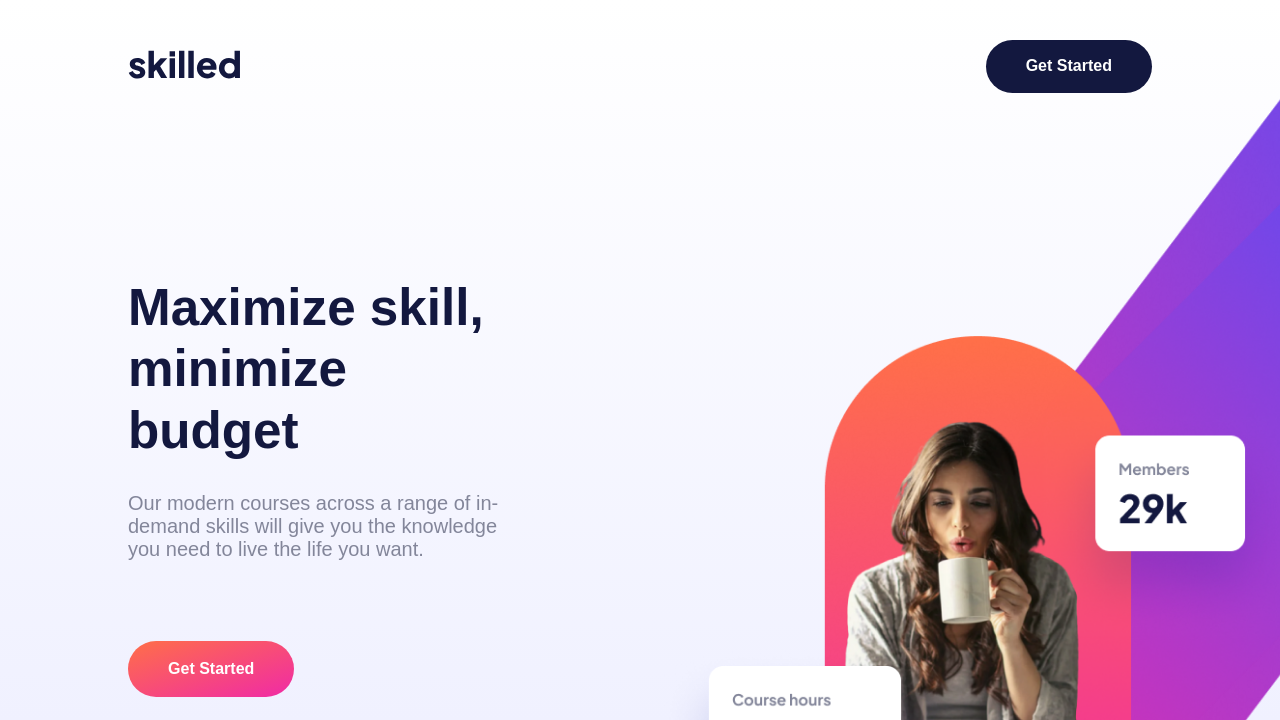
Repository: exe-walt/E-Learning-Landing-Page
Page: index.html
These files come from the project's save history. The page is drawn as it stood at one moment and after the next save; the edit follows.
The browser window is 1280 px wide. The pictures show the whole page.
An inner scrolling area shows only its first screen. Some web fonts or font styles are not loaded; a fallback is used.

Above is the page before, as saved 2025-05-30 22:07:53.

### index.html
<!DOCTYPE html> <!-- Document type declaration for HTML5 -->
<html lang="en">
<head>
  <meta charset="UTF-8"> <!-- Character encoding set to UTF-8 -->
  <meta name="viewport" content="width=device-width, initial-scale=1.0"> <!-- Responsive design meta tag -->
  <title>Skilled E-Learning Page</title> <!-- Page title -->
  <link rel="stylesheet" href="css/style.css"> <!-- Link to external CSS file -->
  <link href="https://fonts.cdnfonts.com/css/plus-jakarta-sans" rel="stylesheet"> <!-- Import custom font -->
</head>
<body>
  <div class="content-container"> <!-- Main content container -->

    <!-- NAVBAR SECTION -->
    <div class="navbar">
      <ul>
        <li id="logo">
          <img src="img/skilled-logo.svg" alt="logo">
        </li>
        <li class="navbar-btn">
          <button>Get Started</button> <!-- Call-to-action button -->
        </li>
      </ul>
    </div>

    <!-- HERO SECTION -->
    <div class="hero-section">
      <div class="intro-text">

        <div class="head">
          <h1>Maximize skill,</h1>
          <h1>minimize budget</h1>
        </div>


        <p class="main-text">
          Our modern courses across a range of in-demand skills will give
          you the knowledge you need to live the life you want.
        </p>

        <button class="grad-btn1">Get Started</button>

      </div>
      <div class="main-image">
        <img src="img/hero-img.png" alt="Lady sipping coffee" class="img1">
        <img src="img/Rectangle.png" alt="rectangle" class="overlay-rectangle">
      </div>

    </div>

          <!--Popular Courses Cards-->
    <div class="cc"> <!--Courses-Container top-->
      <div class="card main-left">
        <h2>Check out our <br>most popular <br>courses! </h2>
      </div>

      <div class="card">
        <div class="icon">
          <img src="img/animation.svg" alt="Animation Icon">
        </div>
        <h3>Animation</h3>
          <p>Learn the latest animation techniques to create stunning motion design and captivate your audience.</p>
            <a href="#">Get Started</a>
      </div>
      <div class="card">
        <div class="icon">
          <img src="img/design.svg" alt="Design Icon">
        </div>
        <h3>Design</h3>
          <p>Create beautiful, usable interfaces to help shape the future of how the web looks.</p>
            <a href="#">Get Started</a>
      </div>
      <div class="card">
        <div class="icon">
          <img src="img/photography.svg" alt="Photography Icon">
        </div>
        <h3>Photography</h3>
          <p>Explore critical fundamentals like lighting, composition, and focus to capture exceptional photos.</p>
            <a href="#">Get Started</a>
      </div>
      <div class="card">
        <div class="icon">
          <img src="img/crypto.svg" alt="Crypto Icon">
        </div>
        <h3>Crypto</h3>
          <p>All you need to know to get started investing in crypto. Go from beginner to advanced with this 54 hour course.</p>
            <a href="#">Get Started</a>
      </div>
      <div class="card">
        <div class="icon">
          <img src="img/business.svg" alt="Business Icon">
        </div>
        <h3>Business</h3>
          <p>A step-by-step playbook to help you start, scale, and sustain your business without outside investment.</p>
            <a href="#">Get Started</a>
      </div>
    </div>
  </div>

  <!-- FOOTER SECTION -->
  <div class="footer">
    <div class="footer-info">
      <ul>
        <li id="logo">
          <img src="img/skilled-1.svg" alt="logo">
        </li>
        <li class="footer-btn">
          <button>Get Started</button> <!-- Call-to-action button -->
        </li>
      </ul>
    </div>

  </div>

</body>
</html>

### css/style.css
* {
  box-sizing: border-box;
  margin: 0;
  padding: 0;
  font-family: "Plus Jakarta Sans", sans-serif;
}

body {
  margin: 0;
  background: linear-gradient(to bottom, #ffffff, #f0f1ff);
  min-height: 100vh;
}

html,
body {
  height: 100%;
  width: 100%;
  overflow-x: hidden;
}

.content-container {
  max-width: 75em;
  width: 80%;
  height: auto;
  margin: 0 auto;
}

.navbar {
  display: flex;
  justify-content: space-between;
  align-items: center;
  margin-top: 2.5em;
  z-index: 10;
}

.navbar ul {
  display: flex;
  align-items: center;
  justify-content: space-between;
  width: 100%;
  list-style: none;
  z-index: 10;
}

#logo img {
  max-width: 100%;
  height: auto;
}

.navbar-btn button {
  background: #13183f;
  color: white;
  width: 10.4em;
  height: 3.3em;
  border-radius: 1.8em;
  border: none;
  padding: 0.6rem 1.5rem;
  font-weight: 600;
  font-size: 1em;
  z-index: 10;
}

.navbar-btn button:hover{
  cursor: pointer;
  background: #666ca3;
}

.hero-section {
  display: flex;
}

.hero-text h1 {
  font-size: clamp(1.5rem, 5vw, 2.5rem); /* Scales between 1.5rem and 2.5rem */
}

.main-image {
  position: relative;
}

.img1 {
  width: 105%;
  transform: translate(23%, 82px);
  position: relative;
  z-index: 2;
}

.overlay-rectangle {
  width: 120%;
  /*height: 117%;*/
  height: 135%;
  position: absolute;
  top: -21.6%;
  right: -73%;
  z-index: 1;

}

.intro-text {
  margin-top: 11.5em;
}

.intro-text .head{
  font-size: 1.6rem;
  line-height: 1.2;
  color: #13183f;
  font-weight: bolder;
}


.main-text {
  font-weight: 400; /* Medium */
  font-size: 1.25rem;
  color: #83869a;
  margin: 1.9rem 0 2.5rem;
  max-width: 400px;
}

.grad-btn1 {
  width: 10.4em;
  height: 3.5em;
  border: none;
  border-radius: 1.8em;
  color: white;
  font-weight: 700;
  font-size: 1em;
  padding: 0.6rem 1.5rem;
  margin-top: 2.5em;
  background: linear-gradient(to bottom right, #ff6f48, #f02aa6);
}

.grad-btn1:hover {
  cursor: pointer;
  background: linear-gradient(
      rgba(255, 255, 255, 0.5),
      rgba(255, 255, 255, 0.5)
    ),
    linear-gradient(to bottom right, #ff6f48, #f02aa6);
}


.cc {
  display: grid;
  gap: 50px 25px;
  grid-template-columns: repeat(3, 1fr);
  margin-top: 12em;
}

.card, .main-left {
  min-height: 300px;
}

.main-left {
  background: linear-gradient(to bottom right, #ff6f48, #f02aa6);
  color: white;
}

.main-left h2 {
  font-size: 2em;
  font-weight: bolder;
  color: white;
  justify-content: center;
}

.card {
  border-radius: 12px;
  background-color: white;
  box-shadow: 0 4px 10px rgba(0, 0, 0, 0.05);
  padding: 2em;
  display: flex;
  flex-direction: column;
  justify-content: space-between;
  gap: 1em;
}

.icon {
  width: 56px;
  height: 56px;
  margin-bottom: 1.5rem;
  margin-top: -4em;
}

.card h3 {
  font-size: 1.25rem;
  font-weight: 600;
  color: #13183f;
}

.card p {
  color: #83869a;
  font-size: 1rem;
  flex-grow: 1;
  font-weight: 500;;
}

.card a {
  color: #f74780;
  font-weight: bold;
  text-decoration: none;
}

.card a:hover {
  transition: 0.3s ease;
  color: #fa8fb1;
}

.footer {
  background-color: #13183f;
  margin-top: 5.5em;
  width: 100%;

}

.footer ul {
  display: flex;
  flex-wrap: wrap;
  align-items: center;
  justify-content: space-between;
  list-style-type: none;
  max-width: 75em;
  width: 80%;
  height: 7.5em;
  margin: 0 auto;
}

.footer-btn button {
  width: 10.4em;
  height: 3em;
  border: none;
  border-radius: 1.8em;
  color: white;
  font-weight: 700;
  font-size: 1em;
  padding: 0.6rem 1.5rem;
  background: linear-gradient(to bottom right, #4851ff, #f02aa6);
}

.footer-btn button:hover {
  cursor: pointer;
  background: linear-gradient(
      rgba(255, 255, 255, 0.5),
      rgba(255, 255, 255, 0.5)
    ),
    linear-gradient(to bottom right, #4851ff, #f02aa6);
}

.footer-info{
  padding: 18px;
  display: flex;
  flex-wrap: wrap;
  justify-content: space-between;
  align-items: center;
  max-width: 75rem;
  width: 80%;
  margin: 0 auto;
}






/* ========== LAPTOPS (1024px and up) ==========
@media (min-width: 993px) and (max-width: 1200px) {
  .cc {
    grid-template-columns: repeat(3, 1fr);
    gap: 2em;
  }

  .hero-text h1 {
    font-size: 2.8rem;
  }

  .hero-text p {
    font-size: 1.15rem;
  }

  .card {
    padding: 1.8em;
  }

  .card h3 {
    font-size: 1.15rem;
  }

  .card p {
    font-size: 0.95rem;
  }
}


/* ========== TABLETS (601px – 992px) ==========
@media (min-width: 601px) and (max-width: 992px) {
  .content-container {
    width: 90%;
  }

  .navbar ul,
  .footer ul {
    flex-wrap: wrap;
    justify-content: space-between;
    gap: 1em;
  }

  .hero-section {
    flex-direction: column;
    align-items: center;
    text-align: center;
    gap: 2em;
  }

  .main-image {
    transform: none;
    margin-top: 2em;
    width: 100%;
  }

  .img1 {
    width: 100%;
    max-width: 100%;
    height: auto;
    transform: none;
  }

  .overlay-rectangle {
    display: none;
  }

  .hero-text {
    margin-top: 3em;
    padding: 0 1em;
  }

  .hero-text h1 {
    font-size: 2.4rem;
  }

  .hero-text p {
    font-size: 1rem;
  }

  .grad-btn1 {
    width: 100%;
    font-size: 1rem;
  }

  .cc {
    grid-template-columns: repeat(2, 1fr);
    gap: 1.8em;
  }

  .card {
    padding: 1.6em;
  }

  .card h3 {
    font-size: 1.1rem;
  }

  .card p {
    font-size: 0.95rem;
  }
}


/* ========== MOBILE PHONES (up to 600px) ==========
@media (max-width: 600px) {
  .content-container {
    width: 92%;
  }

  .navbar ul,
  .footer ul {
    flex-direction: row;
    justify-content: space-between;
    align-items: center;
    padding: 1em 0;
    gap: 1em;
  }

  .navbar-btn button,
  .footer-btn button {
    width: auto;
    font-size: 0.9rem;
    padding: 0.6em 1.2em;
  }

  .hero-section {
    flex-direction: column;
    align-items: center;
    text-align: center;
    gap: 2em;
  }

  .main-image {
    width: 100%;
    margin-top: 1em;
  }

  .img1 {
    width: 100%;
    height: auto;
    transform: none;
  }

  .overlay-rectangle {
    display: none;
  }

  .hero-text {
    margin-top: 2em;
    padding: 0 1em;
  }

  .hero-text h1 {
    font-size: 2rem;
    line-height: 1.3;
  }

  .hero-text p {
    font-size: 0.95rem;
    padding-top: 1em;
  }

  .grad-btn1 {
    width: 100%;
    font-size: 0.95rem;
  }

  .cc {
    grid-template-columns: 1fr;
    gap: 1.5em;
  }

  .card,
  .main-left {
    padding: 1.5em;
  }

  .card h3 {
    font-size: 1rem;
  }

  .card p {
    font-size: 0.9rem;
  }

  .footer ul {
    padding: 1.5em 0;
  }
}
  }

*/

/* === MOBILE PHONES (max-width: 600px) === */
@media (max-width: 600px) {
  /* Navbar */
  .navbar ul, .footer ul {
  flex-direction: column;
  align-items: center;
  gap: 1.5em;
  }

  /* Hero Section */
  .hero-section {
  flex-direction: column;
  align-items: center;
  text-align: center;
  margin-top: 3em;
  }

  .hero-text {
  margin-top: 1em;
  padding: 0 1em;
  }

  .hero-text h1 {
  font-size: 2rem;
  }

  .hero-text p {
  font-size: 1rem;
  }

  .main-image {
  transform: none;
  text-align: center;
  }

  .img1 {
  width: 90%;
  transform: none;
  margin-top: 2em;
  }

  .overlay-rectangle {
  display: none;
  }

  /* Course Cards */
  .cc {
  grid-template-columns: 1fr;
  margin-top: 4em;
  }

  .main-left h2 {
  font-size: 1.5rem;
  padding: 1em 0;
  }

  /* Footer */
  .footer ul {
  flex-direction: column;
  gap: 1.2em;
  }
  }

  /* === TABLETS (601px to 992px) === */
  @media (min-width: 601px) and (max-width: 992px) {
  .hero-section {
  flex-direction: column;
  align-items: center;
  }

  .hero-text {
  text-align: center;
  margin-top: 3em;
  }

  .img1 {
  width: 90%;
  transform: none;
  margin-top: 2em;
  }

  .overlay-rectangle {
  display: none;
  }

  .cc {
  grid-template-columns: repeat(2, 1fr);
  gap: 2em;
  }

  .navbar ul, .footer ul {
  flex-direction: row;
  justify-content: space-between;
  }
  }

After the next save:
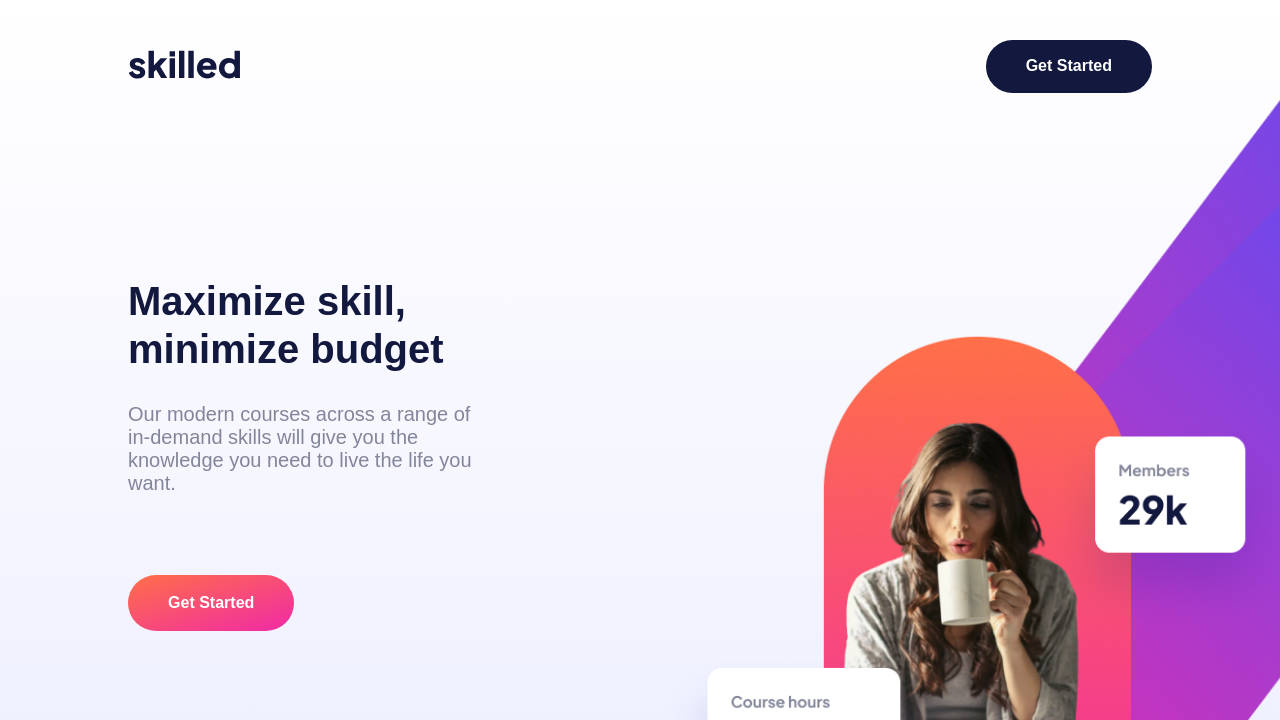
Saved 33 s later.
--- a/css/style.css
+++ b/css/style.css
@@ -69,7 +69,7 @@ body {
   display: flex;
 }
 
-.hero-text h1 {
+.hero-section h1 {
   font-size: clamp(1.5rem, 5vw, 2.5rem); /* Scales between 1.5rem and 2.5rem */
 }
 
